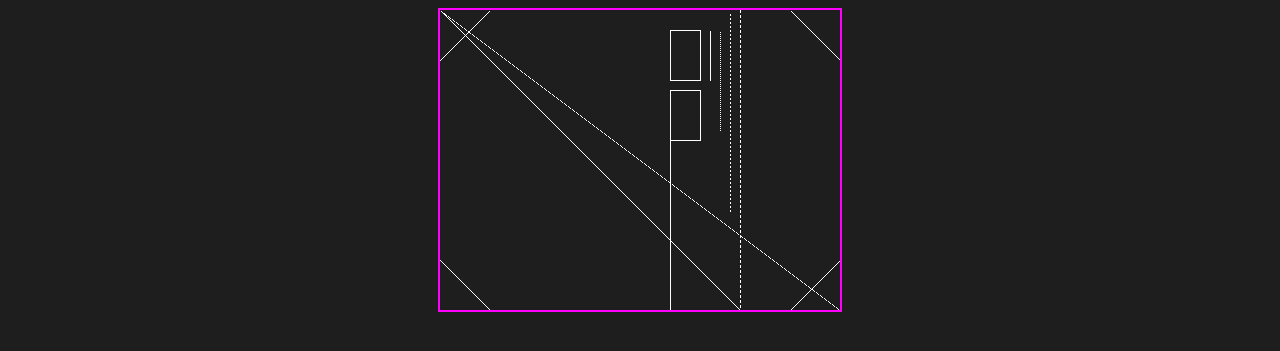
Repository: StarLightGX/miao
Page: paint.html
These files come from the project's save history. The page is drawn as it stood at one moment and after a run of saves; the edit follows.
The browser window is 1280 px wide. The pictures show the whole page.

Above is the page before, as saved 2020-11-12 20:27:10.

### paint.html
<!DOCTYPE html>
<html lang="en">
  <head>
    <meta charset="UTF-8" />
    <title>画图</title>
    <style>
      html {
        background-color: rgb(30, 30, 30);
      }
      canvas {
        border: 2px solid #f0f;
        display: block;
        margin: auto;
      }
    </style>
  </head>
  <body>
    <canvas width="400" height="300"></canvas>
  </body>
  <script>
    var canvas = document.querySelector("canvas");
    canvas.style.imageRendering = "pixelated";
    var ctx = canvas.getContext("2d");

    function dot(x, y, color = "white") {
      x = x | 0;
      y = y | 0;
      ctx.fillStyle = color;
      ctx.fillRect(x, y, 1, 1);
    }

    function line(x1, y1, x2, y2) {
      ctx.strokeStyle = "black";
      ctx.moveTo(x1, y1);
      ctx.lineTo(x2, y2);
      ctx.stroke();
    }
    /**
   * YOUR TASK
画图的题：
画一条实线
画一条一个实点一个空点的虚线
画一条两个实点两个空点的虚线
画一条三个实点两个空点的虚线
画一条45度的斜线
画一条30度的斜线（选做）
在四个角画分别画一条45度的斜线以让画面看起来像一个相框
画一条跨越画布左上角和右下角的对角线
画一个空心矩形
画一个实心矩形
画一个rgb色彩空间的某一面
画一个空心的圆
画一个实心的圆
画一个大小合适的sin(x)的图像
   */
  </script>
  <script>
    // YOUR CODE GOES BELOW
    var x = 1;
    var y = 1;
    var i = 0;

    // 画一条实线
    y = 20;
    for (i = 0; i < 50; i++) {
      y = y + 1;
      x = 270;
      dot(x, y);
    }

    // 画一条一个实点一个空点的虚线
    y = 20;
    for (i = 0; i < 50; i++) {
      y = y + 2;
      x = 280;
      dot(x, y);
    }

    // 画一条两个实点两个空点的虚线

    for (i = 0; i < 50; i++) {
      y = 4 * (i + 1);
      x = 290;
      dot(x, y);
    }

    for (i = 0; i < 50; i++) {
      y = 4 * (i + 1) + 1;
      x = 290;
      dot(x, y);
    }

    // 画一条三个实点两个空点的虚线

    for (i = 0; i < 100; i++) {
      y = 5 * (i + 1);
      x = 300;
      dot(x, y - 10);
    }

    for (i = 0; i < 100; i++) {
      y = 5 * (i + 1) + 1;
      x = 300;
      dot(x, y - 10);
    }

    for (i = 0; i < 100; i++) {
      y = 5 * (i + 1) + 2;
      x = 300;
      dot(x, y - 10);
    }

    // 画一条45度的斜线
    y = 0;
    for (i = 0; i < 1050; i++) {
      y = y + 1;
      x = y;
      dot(x, y);
    }
    // 画一条30度的斜线（选做）
    y = 0;
    for (i = 0; i < 1050; i++) {
      y = y + 1;
      x = y;
      dot(x, y);
    }
    // 在四个角画分别画一条45度的斜线以让画面看起来像一个相框
    y = 0;
    for (i = 0; i < 1050; i++) {
      y = y + 1;
      x = y;
      dot(x - 250, y);
    }
    y = 0;
    for (i = 0; i < 1050; i++) {
      y = y + 1;
      x = y;
      dot(x + 350, y);
    }
    y = 0;
    for (i = 0; i < 1050; i++) {
      y = y + 1;
      x = -y;
      dot(x + 50, y);
    }
    y = 0;
    for (i = 0; i < 1050; i++) {
      y = y + 1;
      x = -y;
      dot(x + 650, y);
    }

    // 画一条跨越画布左上角和右下角的对角线
    y = 0;
    for (i = 0; i < 500; i++) {
      y = y + 1;
      x = (4 / 3) * y;
      dot(x, y);
    }
    // 画一个空心矩形
    y = 20;
    for (i = 0; i < 50; i++) {
      y = y + 1;
      x = 260;
      dot(x, y);
    }
    y = 20;
    for (i = 0; i < 50; i++) {
      y = y + 1;
      x = 230;
      dot(x, y);
    }
    y = 20;
    for (i = 0; i < 31; i++) {
      y = y + 1;
      x = 30;
      dot(y + 209, x - 10);
    }
    y = 20;
    for (i = 0; i < 31; i++) {
      y = y + 1;
      x = 30;
      dot(y + 209, x + 40);
    }
    // 画一个实心矩形
    y = 80;
    for (i = 0; i < 50; i++) {
      y = y + 1;
      x = 260;
      dot(x, y);
    }
    y = 80;
    for (i = 0; i < 50; i++) {
      y = y + 1;
      x = 230;
      dot(x, y);
    }
    y = 20;
    for (i = 0; i < 31; i++) {
      y = y + 1;
      x = 30;
      dot(y + 209, x + 50);
    }
    y = 20;
    for (i = 0; i < 31; i++) {
      y = y + 1;
      x = 30;
      dot(y + 209, x + 100);
    }

    y = 80;
    for (var c = 0; c < 50; c++) {
      for (i = 0; i < 50; i++) {
        y = y + 1;
        x = 230;
        dot(x, y);
      }
    }
    // 画一个rgb色彩空间的某一面
    // 画一个空心的圆
    // 画一个实心的圆
    // 画一个大小合适的sin(x)的图像
  </script>
</html>

After the next 2 saves:
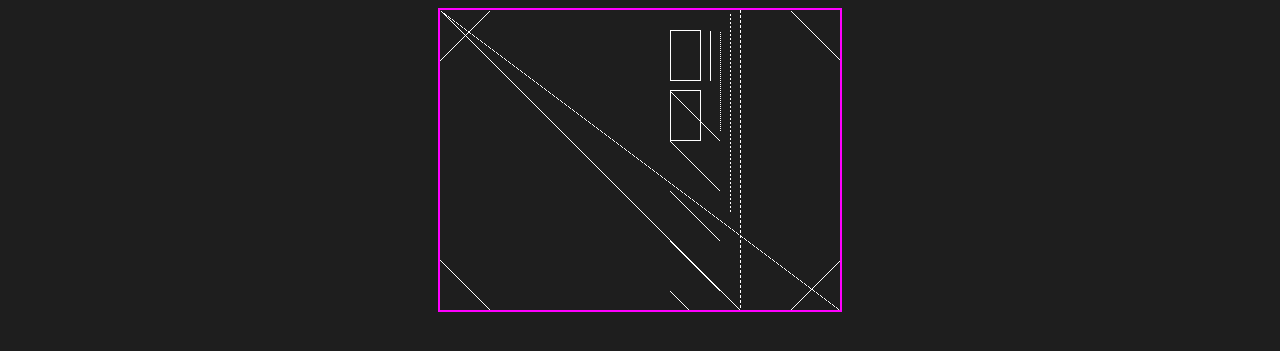
The 2 saves are shown as one change because they came seconds apart.
The last was saved 33 s later.
--- a/paint.html
+++ b/paint.html
@@ -212,7 +212,7 @@
     for (var c = 0; c < 50; c++) {
       for (i = 0; i < 50; i++) {
         y = y + 1;
-        x = 230;
+        x = 230 + i;
         dot(x, y);
       }
     }

After the save that followed:
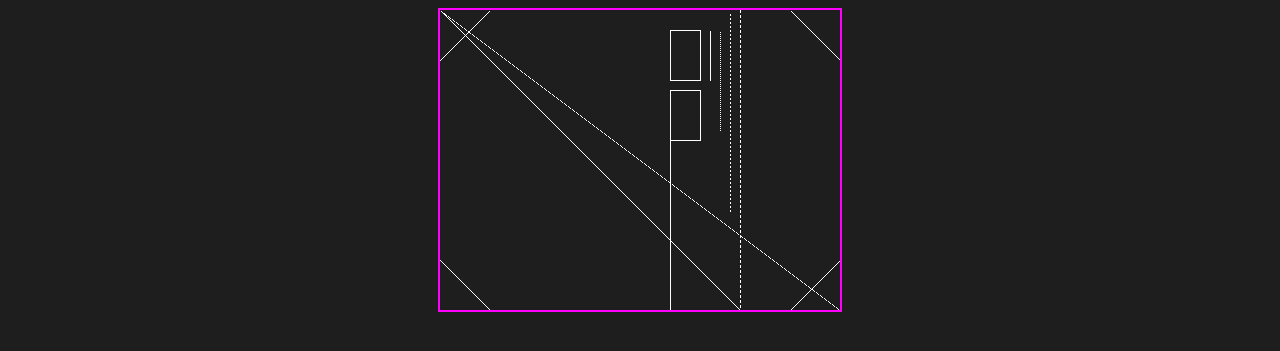
Saved 7 s later.
--- a/paint.html
+++ b/paint.html
@@ -212,7 +212,7 @@
     for (var c = 0; c < 50; c++) {
       for (i = 0; i < 50; i++) {
         y = y + 1;
-        x = 230 + i;
+        x = 230;
         dot(x, y);
       }
     }
